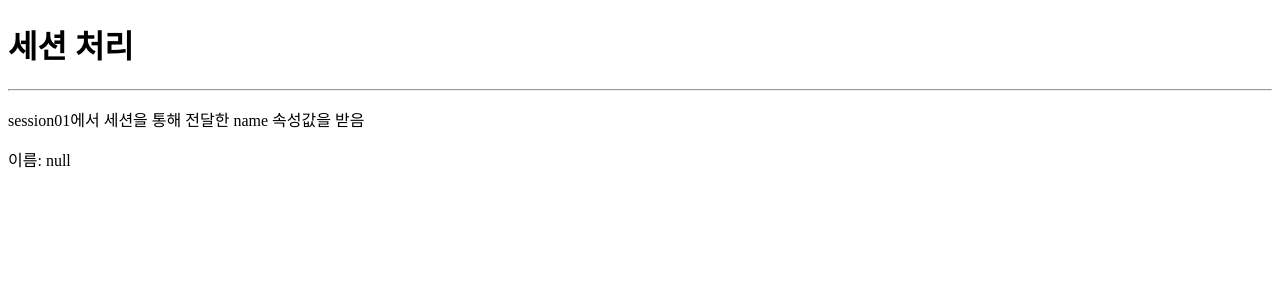
Repository: jsb5589/JAVAStudy
Page: http://localhost/JSP02/sessions/session02.jsp
These files come from the project's save history. The page is drawn as it stood at one moment and after the next save; the edit follows.
The browser window is 1280 px wide. The pictures show the whole page.
The page is served by Tomcat 9. Other server files are loaded and not shown.

Above is the page before, as saved 2021-08-09 08:02:41.

### EZWebs/JSP02/src/main/webapp/sessions/session02.jsp
<%@ page language="java" contentType="text/html; charset=UTF-8"
    pageEncoding="UTF-8"%>

<%
	String name = (String)session.getAttribute("name");
%>

<!DOCTYPE html>
<html>
<head>
	<meta charset="UTF-8">
	<title>세션 처리</title>
</head>
<body>
	<h1>세션 처리</h1>
	<hr>
	<p>session01에서 세션을 통해 전달한 name 속성값을 받음</p>
	<p>이름: <%=name %> </p>
</body>
</html>

After the next save:
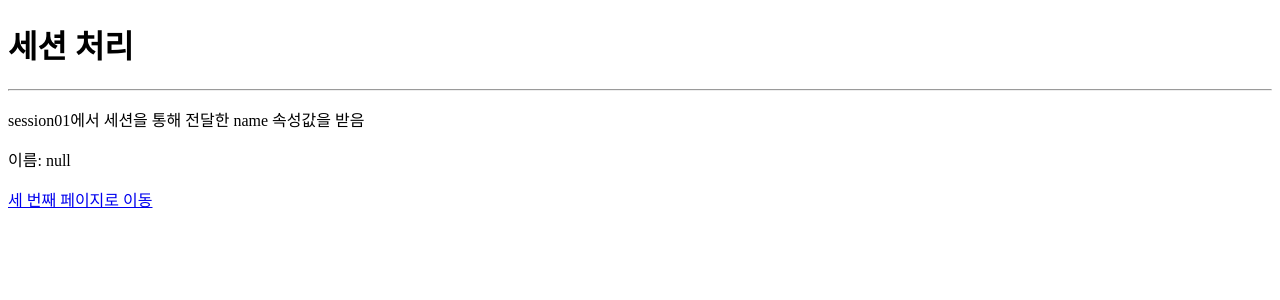
Saved 42 s later.
--- a/EZWebs/JSP02/src/main/webapp/sessions/session02.jsp
+++ b/EZWebs/JSP02/src/main/webapp/sessions/session02.jsp
@@ -16,5 +16,6 @@
 	<hr>
 	<p>session01에서 세션을 통해 전달한 name 속성값을 받음</p>
 	<p>이름: <%=name %> </p>
+	<a href="session03.jsp">세 번째 페이지로 이동</a>
 </body>
 </html>
